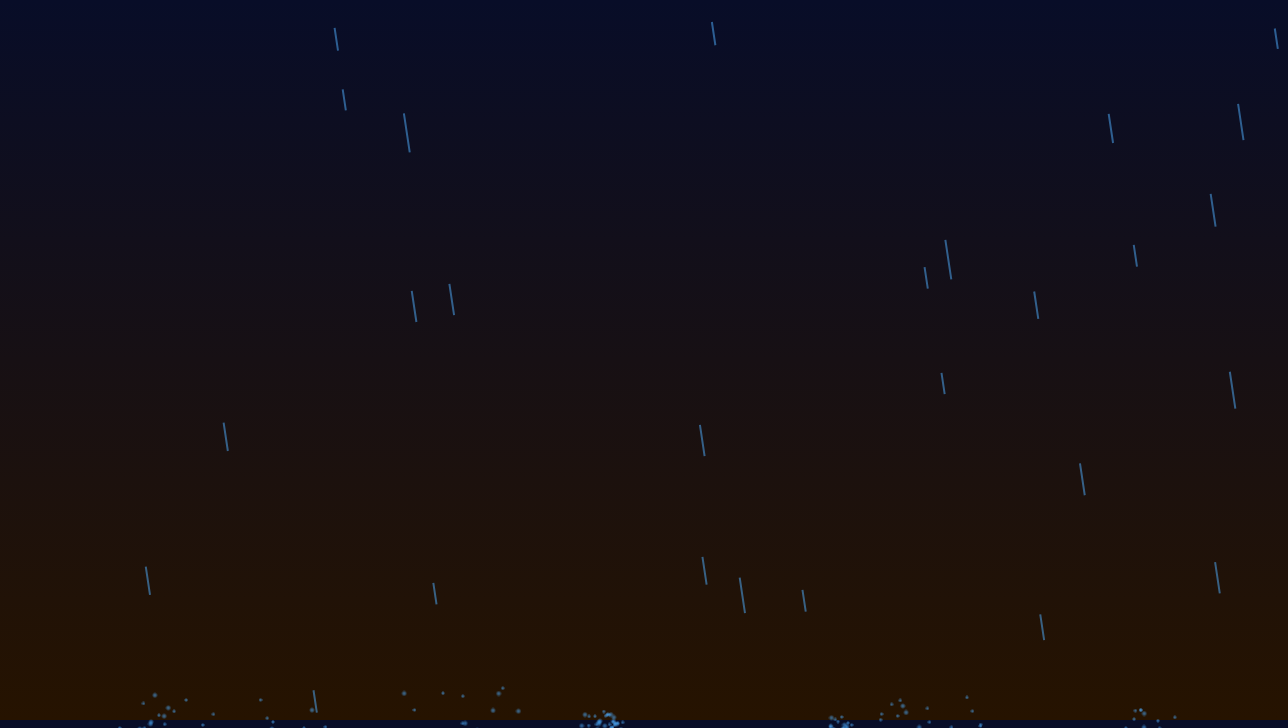
Repository: lucasthaynan/chuvas-estadao
Page: index.html
These files come from the project's save history. The page is drawn as it stood at one moment and after the next save; the edit follows.
The browser window is 1280 px wide. The page is 1288 px wide, so the pictures cover 1288 px, including what lies to the right of the window. The pictures show the whole page.

Above is the page before, as saved 2023-02-23 17:44:21.
Console error: ReferenceError: dat is not defined

### index.html
<!DOCTYPE html>
<html lang="en">
<head>
    <meta charset="UTF-8">
    <meta http-equiv="X-UA-Compatible" content="IE=edge">
    <meta name="viewport" content="width=device-width, initial-scale=1.0">
    <link rel="stylesheet" href="./style.css">
    <title>Document</title>
</head>
<body>

    <div id="instructions"></div>
    <canvas id="canvas">Canvas is not supported in your browser</canvas>

    <script src="./main.js"></script>
</body>
</html>

### style.css
html, body, canvas, #instructions {
	position: absolute;
	width: 100%;
	height: 100%;
}
body {
background: -moz-linear-gradient(top,  rgba(8,13,40,1) 0%, rgba(38,19,0,1) 100%); /* FF3.6-15 */
background: -webkit-linear-gradient(top,  rgba(8,13,40,1) 0%,rgba(38,19,0,1) 100%); /* Chrome10-25,Safari5.1-6 */
background: linear-gradient(to bottom,  rgba(8,13,40,1) 0%,rgba(38,19,0,1) 100%); /* W3C, IE10+, FF16+, Chrome26+, Opera12+, Safari7+ */
}

#instructions {
	opacity: 1;
	transition: opacity 2s;
	background-repeat: no-repeat;
	background-position: center center;
	background-size: contain;
	/* background-image: url(data:[embedded picture, 1818 characters]);
	 */
	@media (max-height: 400px) {
		display: none;
	}
}

### main.js
// Falling rain simulation using 2D canvas
// - vanilla JS, no frameworks
// - framerate independent physics
// - slow-mo / fast-forward support via demo.speed
// - supports high-DPI screens
// - falling rain particles are drawn as vector lines
// - splash particles are lazily pre-rendered so gradients aren't computed each frame
// - all particles make use of object pooling to further boost performance

// initialize
document.addEventListener("DOMContentLoaded", function() {
	demo.init();
	window.addEventListener('resize', demo.resize);
});

// demo namespace
var demo = {
	// CUSTOMIZABLE PROPERTIES
	// - physics speed multiplier: allows slowing down or speeding up simulation
	speed: 1,
	// - color of particles
	color: {
		r: '80',
		g: '175',
		b: '255',
		a: '0.5'
	},

	// END CUSTOMIZATION
	// whether demo is running
	started: false,
	// canvas and associated context references
	canvas: null,
	ctx: null,
	// viewport dimensions (DIPs)
	width: 0,
	height: 0,
	// devicePixelRatio alias (should only be used for rendering, physics shouldn't care)
	dpr: window.devicePixelRatio || 1,
	// time since last drop
	drop_time: 0,
	// ideal time between drops (changed with mouse/finger)
	drop_delay: 25,
	// wind applied to rain (changed with mouse/finger)
	wind: 4,
	// color of rain (set in init)
	rain_color: null,
	rain_color_clear: null,
	// rain particles
	rain: [],
	rain_pool: [],
	// rain droplet (splash) particles
	drops: [],
	drop_pool: []
};

// demo initialization (should only run once)
demo.init = function() {
	if (!demo.started) {
		demo.started = true;
		demo.canvas = document.getElementById('canvas');
		demo.ctx = demo.canvas.getContext('2d');
		var c = demo.color;
		demo.rain_color = 'rgba(' + c.r + ',' + c.g + ',' + c.b + ',' + c.a + ')';
		demo.rain_color_clear = 'rgba(' + c.r + ',' + c.g + ',' + c.b + ',0)';
		demo.resize();
		Ticker.addListener(demo.step);

		//
		const gui = new dat.GUI();
		gui.add(demo, 'speed', 0.2, 2);

		// fade out instructions after a few seconds
		var instructions = document.getElementById('instructions');
		setTimeout(function() {
			instructions.style.opacity = 0;
			setTimeout(function(){
				instructions.parentNode.removeChild(instructions);
			}, 2000);
		}, 4000);
	}
}

// (re)size canvas (clears all particles)
demo.resize = function() {
	// localize common references
	var rain = demo.rain;
	var drops = demo.drops;
	// recycle particles
	for (var i = rain.length - 1; i >= 0; i--) {
			rain.pop().recycle();
	}
	for (var i = drops.length - 1; i >= 0; i--) {
			drops.pop().recycle();
	}
	// resize
	demo.width = window.innerWidth;
	demo.height = window.innerHeight;
	demo.canvas.width = demo.width * demo.dpr;
	demo.canvas.height = demo.height * demo.dpr;
}

demo.step = function(time, lag) {
	// localize common references
	var demo = window.demo;
	var speed = demo.speed;
	var width = demo.width;
	var height = demo.height;
	var wind = demo.wind;
	var rain = demo.rain;
	var rain_pool = demo.rain_pool;
	var drops = demo.drops;
	var drop_pool = demo.drop_pool;

	// multiplier for physics
	var multiplier = speed * lag;

	// spawn drops
	demo.drop_time += time * speed;
	while (demo.drop_time > demo.drop_delay) {
		demo.drop_time -= demo.drop_delay;
		var new_rain = rain_pool.pop() || new Rain();
		new_rain.init();
		var wind_expand = Math.abs(height / new_rain.speed * wind); // expand spawn width as wind increases
		var spawn_x = Math.random() * (width + wind_expand);
		if (wind > 0) spawn_x -= wind_expand;
		new_rain.x = spawn_x;
		rain.push(new_rain);
	}

	// rain physics
	for (var i = rain.length - 1; i >= 0; i--) {
		var r = rain[i];
		r.y += r.speed * r.z * multiplier;
		r.x += r.z * wind * multiplier;
		// remove rain when out of view
		if (r.y > height) {
			// if rain reached bottom of view, show a splash
			r.splash();
		}
		// recycle rain
		if (r.y > height + Rain.height * r.z || (wind < 0 && r.x < wind) || (wind > 0 && r.x > width + wind)) {
			r.recycle();
			rain.splice(i, 1);
		}
	}

	// splash drop physics
	var drop_max_speed = Drop.max_speed;
	for (var i = drops.length - 1; i >= 0; i--) {
		var d = drops[i];
		d.x += d.speed_x * multiplier;
		d.y += d.speed_y * multiplier;
		// apply gravity - magic number 0.3 represents a faked gravity constant
		d.speed_y += 0.3 * multiplier;
		// apply wind (but scale back the force)
		d.speed_x += wind / 25 * multiplier;
		if (d.speed_x < -drop_max_speed) {
			d.speed_x = -drop_max_speed;
		}else if (d.speed_x > drop_max_speed) {
			d.speed_x = drop_max_speed;
		}
		// recycle
		if (d.y > height + d.radius) {
			d.recycle();
			drops.splice(i, 1);
		}
	}

	demo.draw();
}

demo.draw = function() {
	// localize common references
	var demo = window.demo;
	var width = demo.width;
	var height = demo.height;
	var dpr = demo.dpr;
	var rain = demo.rain;
	var drops = demo.drops;
	var ctx = demo.ctx;

	// start fresh
	ctx.clearRect(0, 0, width*dpr, height*dpr);

	// draw rain (trace all paths first, then stroke once)
	ctx.beginPath();
	var rain_height = Rain.height * dpr;
	for (var i = rain.length - 1; i >= 0; i--) {
		var r = rain[i];
		var real_x = r.x * dpr;
		var real_y = r.y * dpr;
		ctx.moveTo(real_x, real_y);
		// magic number 1.5 compensates for lack of trig in drawing angled rain
		ctx.lineTo(real_x - demo.wind * r.z * dpr * 1.5, real_y - rain_height * r.z);
	}
	ctx.lineWidth = Rain.width * dpr;
	ctx.strokeStyle = demo.rain_color;
	ctx.stroke();

	// draw splash drops (just copy pre-rendered canvas)
	for (var i = drops.length - 1; i >= 0; i--) {
		var d = drops[i];
		var real_x = d.x * dpr - d.radius;
		var real_y = d.y * dpr - d.radius;
		ctx.drawImage(d.canvas, real_x, real_y);
	}
}


// Rain definition
function Rain() {
	this.x = 0;
	this.y = 0;
	this.z = 0;
	this.speed = 25;
	this.splashed = false;
}
Rain.width = 2;
Rain.height = 40;
Rain.prototype.init = function() {
	this.y = Math.random() * -100;
	this.z = Math.random() * 0.5 + 0.5;
	this.splashed = false;
}
Rain.prototype.recycle = function() {
	demo.rain_pool.push(this);
}
// recycle rain particle and create a burst of droplets
Rain.prototype.splash = function() {
	if (!this.splashed) {
		this.splashed = true;
		var drops = demo.drops;
		var drop_pool = demo.drop_pool;

		for (var i=0; i<16; i++) {
			var drop = drop_pool.pop() || new Drop();
			drops.push(drop);
			drop.init(this.x);
		}
	}
}


// Droplet definition
function Drop() {
	this.x = 0;
	this.y = 0;
	this.radius = Math.round(Math.random() * 2 + 1) * demo.dpr;
	this.speed_x = 0;
	this.speed_y = 0;
	this.canvas = document.createElement('canvas');
	this.ctx = this.canvas.getContext('2d');

	// render once and cache
	var diameter = this.radius * 2;
	this.canvas.width = diameter;
	this.canvas.height = diameter;

	var grd = this.ctx.createRadialGradient(this.radius, this.radius , 1, this.radius, this.radius, this.radius);
	grd.addColorStop(0, demo.rain_color);
	grd.addColorStop(1, demo.rain_color_clear);
	this.ctx.fillStyle = grd;
	this.ctx.fillRect(0, 0, diameter, diameter);
}

Drop.max_speed = 5;

Drop.prototype.init = function(x) {
	this.x = x;
	this.y = demo.height;
	var angle = Math.random() * Math.PI - (Math.PI * 0.5);
	var speed = Math.random() * Drop.max_speed;
	this.speed_x = Math.sin(angle) * speed;
	this.speed_y = -Math.cos(angle) * speed;
}
Drop.prototype.recycle = function() {
	demo.drop_pool.push(this);
}




// handle interaction
demo.mouseHandler = function(evt) {
	demo.updateCursor(evt.clientX, evt.clientY);
}
demo.touchHandler = function(evt) {
	evt.preventDefault();
	var touch = evt.touches[0];
	demo.updateCursor(touch.clientX, touch.clientY);
}
demo.updateCursor = function(x, y) {
	x /= demo.width;
	y /= demo.height;
	var y_inverse = (1 - y);

	demo.drop_delay = y_inverse*y_inverse*y_inverse * 100 + 2;
	demo.wind = (x - 0.5) * 50;
}

document.addEventListener('mousemove', demo.mouseHandler);
document.addEventListener('touchstart', demo.touchHandler);
document.addEventListener('touchmove', demo.touchHandler);



// Frame ticker helper module
var Ticker = (function(){
	var PUBLIC_API = {};

	// public
	// will call function reference repeatedly once registered, passing elapsed time and a lag multiplier as parameters
	PUBLIC_API.addListener = function addListener(fn) {
		if (typeof fn !== 'function') throw('Ticker.addListener() requires a function reference passed in.');

		listeners.push(fn);

		// start frame-loop lazily
		if (!started) {
			started = true;
			queueFrame();
		}
	};

	// private
	var started = false;
	var last_timestamp = 0;
	var listeners = [];
	// queue up a new frame (calls frameHandler)
	function queueFrame() {
		if (window.requestAnimationFrame) {
			requestAnimationFrame(frameHandler);
		} else {
			webkitRequestAnimationFrame(frameHandler);
		}
	}
	function frameHandler(timestamp) {
		var frame_time = timestamp - last_timestamp;
		last_timestamp = timestamp;
		// make sure negative time isn't reported (first frame can be whacky)
		if (frame_time < 0) {
			frame_time = 17;
		}
		// - cap minimum framerate to 15fps[~68ms] (assuming 60fps[~17ms] as 'normal')
		else if (frame_time > 68) {
			frame_time = 68;
		}

		// fire custom listeners
		for (var i = 0, len = listeners.length; i < len; i++) {
			listeners[i].call(window, frame_time, frame_time / 16.67);
		}

		// always queue another frame
		queueFrame();
	}

	return PUBLIC_API;
}());

After the next save:
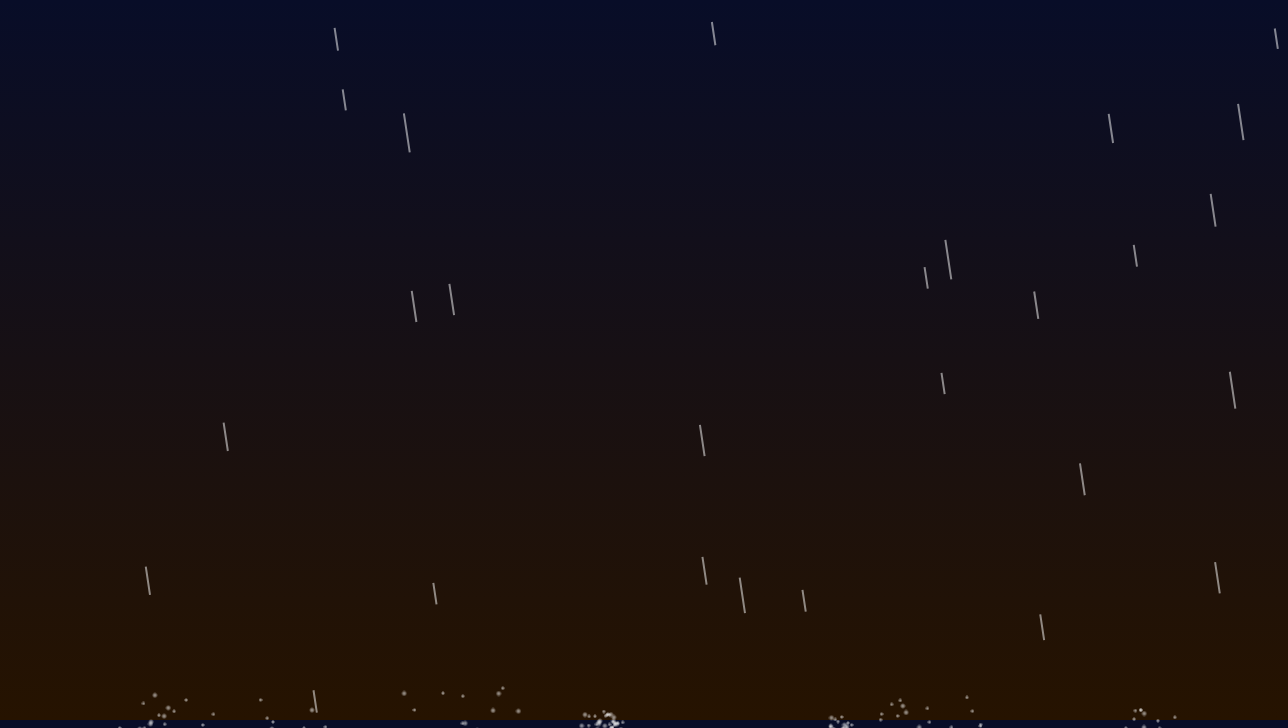
Saved 50 s later.
--- a/main.js
+++ b/main.js
@@ -20,8 +20,8 @@ var demo = {
 	speed: 1,
 	// - color of particles
 	color: {
-		r: '80',
-		g: '175',
+		r: '255',
+		g: '255',
 		b: '255',
 		a: '0.5'
 	},
